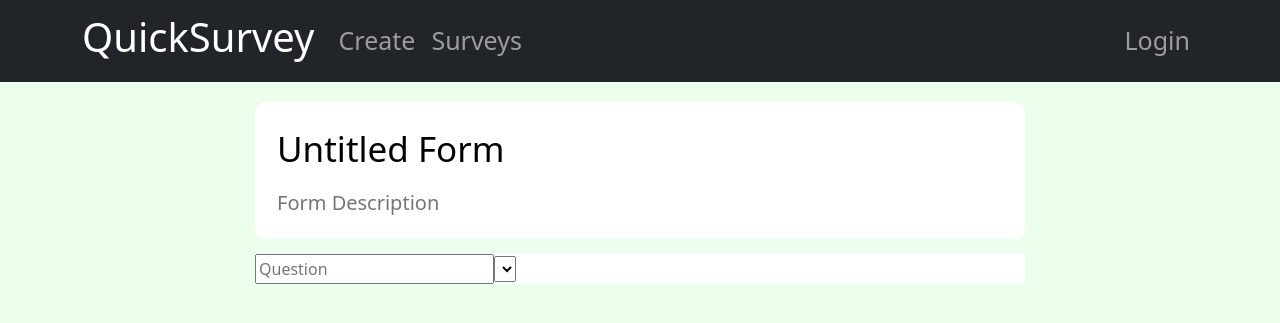
Repository: cakuang1/QuickSurveyReact
Page: /create (app in frontend/)
The author's editor kept a copy of each file at every save. The page is drawn from the files as they stood at one save, then again after a run of saves.
The browser window is 1280 px wide. The pictures show the whole page.
The project was rebuilt for these pictures with package versions that can differ from the ones it lists, and the page was loaded fresh each time. Also part of the build but not shown: frontend/src/index.css, frontend/src/pages/home/home.js, frontend/src/pages/pastsurveys/pastsurveys.js, frontend/src/pages/login/login.js, frontend/src/pages/register/register.js.

Above is the page before, as saved 2022-07-29 03:55:53.

### frontend/src/App.js

import Navigation from './components/Nav/Nav';
import {BrowserRouter,Route,Routes} from "react-router-dom";
import Home from "./pages/home/home"
import Create from "./pages/create/create"
import CreatedSurveys from "./pages/pastsurveys/pastsurveys"
import LogRegi from "./pages/login/login"
import Register from "./pages/register/register"




function App() {
  return (
  <BrowserRouter>
    <Navigation/>
    <Routes>
      <Route path='/' element = {<Home/>}></Route>
      <Route path = 'create' element = {<Create/>}></Route>
      <Route path = 'created' element = {<CreatedSurveys/>}></Route>
      <Route path = 'login' element = {<LogRegi/>}></Route>
      <Route path = 'register' element = {<Register/>}></Route>
    </Routes>

  </BrowserRouter>

  );
}

export default App;

### frontend/src/components/Nav/Nav.js
import React,{useState} from "react";
import Nav from 'react-bootstrap/Nav';
import Navbar from 'react-bootstrap/Navbar';

import Container from 'react-bootstrap/Container';
import 'bootstrap/dist/css/bootstrap.min.css';
import {Link} from 'react-router-dom'
import "./nav.css"



export default function Navigation() {
  return (
    <Navbar collapseOnSelect expand="lg" bg="dark" variant="dark">
      <Container>
        <Navbar.Brand as={Link} to="/home">
          <h1>QuickSurvey</h1>
        </Navbar.Brand>
        <Navbar.Toggle aria-controls="responsive-navbar-nav" />
        <Navbar.Collapse id="responsive-navbar-nav">
          <Nav className="me-auto">
            <Nav.Link as={Link} to="/create">Create</Nav.Link>
            <Nav.Link as={Link} to="/created">Surveys</Nav.Link>

          </Nav>
          <Nav>
            <Nav.Link as={Link} to="/login">Login</Nav.Link>
          </Nav>
        </Navbar.Collapse>
      </Container>
    </Navbar>
  );
}

### frontend/src/pages/create/create.js
import React, { useState } from 'react'
import Form from 'react-bootstrap/Form';
import "./create.css"


function Question() {


  return (
  <div className='questioncontainer'>

    <input placeholder='Question'/>
    <select>



    </select>



  </div>
  )



}


export default function Create(){
  const [questions,setQuestions] = useState(1)
  return (
    <div className='outsidecontainer'>
      <div className='titlecontainer'>
        <input className='formtitle' value = "Untitled Form" />
        <input className='formdescription' placeholder='Form Description'/>
      </div>
      <Question/>
    </div>
  )
}

### frontend/src/components/Nav/nav.css
.nav-link {
    font-size: 25px;

}

### frontend/src/pages/create/create.css
.titlecontainer {
    background-color: white;
    display: flex;
    flex-direction: column;
    padding: 20px;
    border-radius: 10px;


}

.outsidecontainer {
    width: 770px;
    margin: auto;
    margin-top: 20px;

}

.questioncontainer {
    background-color: white;
    margin-top: 15px;

}

.formtitle {
    font-size: 35px;
    border: none;

}

.formdescription {

    margin-top: 10px;
    border: none;
    font-size: 20px;
}

### frontend/src/pages/login/login.css
.box {
width: 40vw;
min-width: 700px;
min-height: 480px;
border-radius: 10px;
background-color: #fff;
box-shadow: #6a839c33 0 8px 24px;
margin: 50px 10px;
display: flex;
flex-direction: column;
align-items: center;
}

.box2 {

    width: 40vw;
    min-width: 700px;
    min-height: 480px;
    border-radius: 10px;
    background-color: #fff;
    box-shadow: #6a839c33 0 8px 24px;
    margin: 50px 10px;
    display: flex;
    flex-direction: column;
    align-items: center;
    padding-bottom: 100px;



}

.description {
    margin-top: 20px;
    font-size: larger;

}
body {

    background-color: #ecffec;
}

.test {
    display: flex;
    width: 100vw;
    height: 100vh;
    flex-direction: column;
    align-items: center;
    justify-content: center;
    transition: background-color .2s;
}

.loginform {
    display: flex;
    flex-direction: column;
    width: 80%;
    margin-top: 50px;
    margin-bottom: 15px;
}

.loginform input {
    margin-bottom: 40px;
    padding: 18px 18px 18px 40px;
    font-family: GilroyRegular;
    border: 1px solid #c2f3c2;
    border-radius: 8px;
    color: var(--blue);
}

.loginform button {
    outline: none;
    border: none;
    padding: 17px;
    border-radius: 8px;
    font-family: GilroyRegular;

    background-color: #c2f3c2;
    transition: .2s;
    font-size: 20px;


}


.messages {

    width: 80%;
    height: 50px;
    margin: auto;
    text-align: center;
    font-size: 17px;
    font-weight: bold;
    vertical-align: middle;
    line-height: 50px;
}
.messagecontainer {
    width: 100%;
    height: 100px;
}

Loaded but not shown: frontend/public/index.html (common file); frontend/src/index.js (common file)

After the next 8 saves:
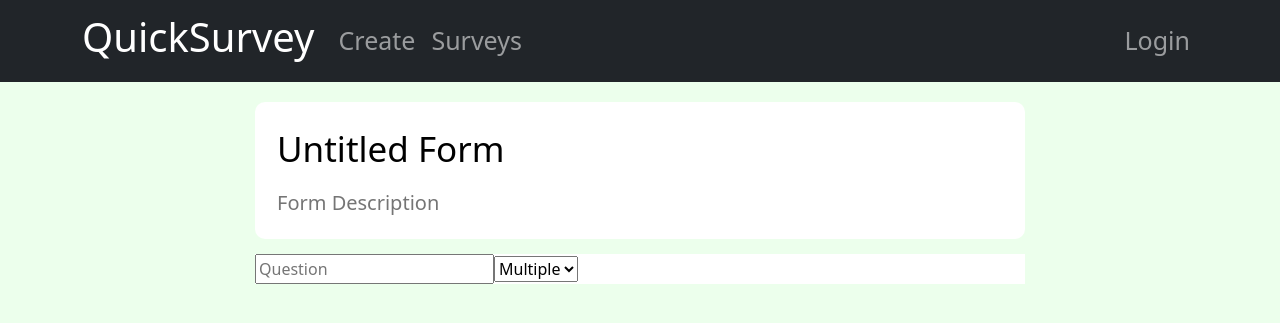
The 8 saves are shown as one change because 1 did not build or start and some came seconds apart.
The last was saved 103 s later.
--- a/frontend/src/pages/create/create.js
+++ b/frontend/src/pages/create/create.js
@@ -12,7 +12,7 @@ function Question() {
     <input placeholder='Question'/>
     <select>
 
-
+      <option value={1}>Multiple</option>
 
     </select>
 
